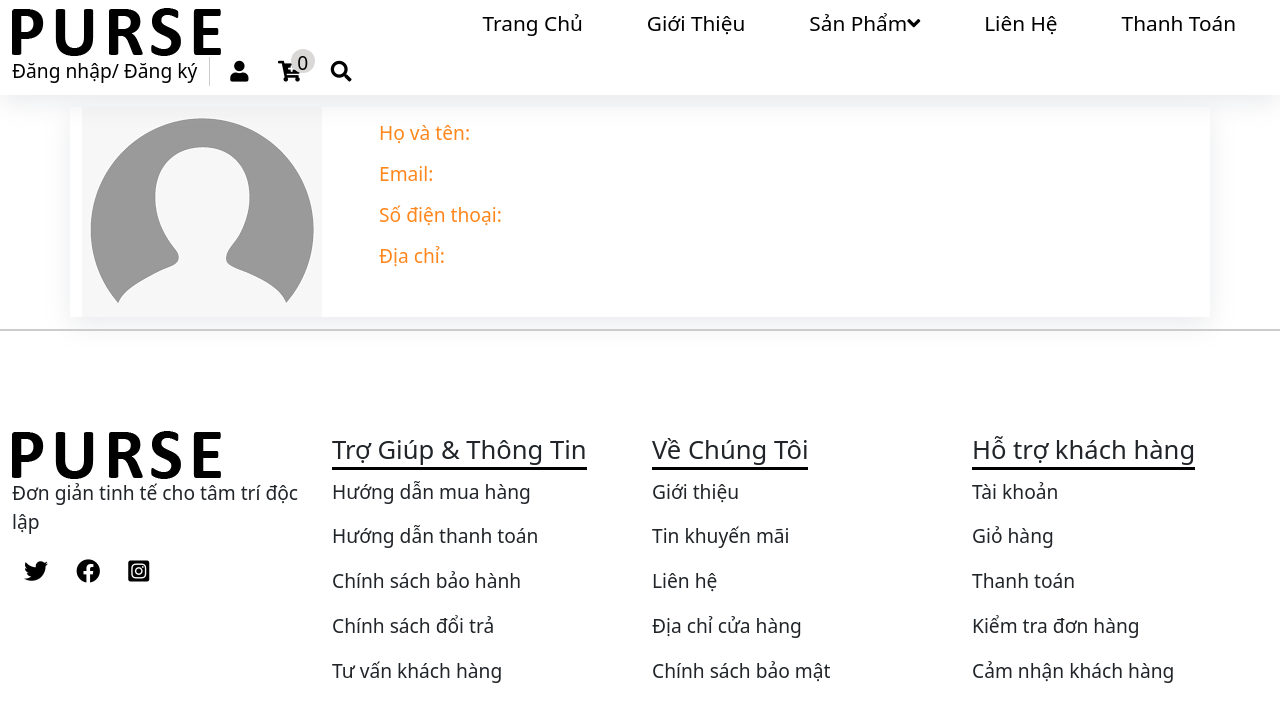
Repository: minh352623/project_firebase
Page: user.html
An editor plug-in stored every save of this project. The page is shown before and after the next save, followed by the edit.
The browser window is 1280 px wide. The pictures show the whole page.
Some web libraries are served in a nearby version.

Above is the page before, as saved 2022-05-12 19:34:18.

### user.html
<!DOCTYPE html>
<html lang="en">
  <head>
    <meta charset="UTF-8" />
    <meta http-equiv="X-UA-Compatible" content="IE=edge" />
    <meta name="viewport" content="width=device-width, initial-scale=1.0" />
    <link rel="icon" href="./assets/img/logo.webp">
    <link
      rel="stylesheet"
      href="https://cdnjs.cloudflare.com/ajax/libs/font-awesome/5.15.4/css/all.min.css"
      integrity="sha512-1ycn6IcaQQ40/MKBW2W4Rhis/DbILU74C1vSrLJxCq57o941Ym01SwNsOMqvEBFlcgUa6xLiPY/NS5R+E6ztJQ=="
      crossorigin="anonymous"
      referrerpolicy="no-referrer"
    />
    <link rel="preconnect" href="https://fonts.googleapis.com" />
    <link rel="preconnect" href="https://fonts.gstatic.com" crossorigin />
    <link
      href="https://fonts.googleapis.com/css2?family=Poppins&display=swap"
      rel="stylesheet"
    />
    <link rel="stylesheet" href="./assets/css/base.css" />

    <link
      rel="stylesheet"
      type="text/css"
      href="https://cdn.jsdelivr.net/npm/slick-carousel@1.8.1/slick/slick.css"
    />
    <link rel="stylesheet" href="./assets/css/main.css" />
    <!-- <link rel="stylesheet" href="./assets/css/contact.css" /> -->
    <!-- <link rel="stylesheet" href="./assets/css/introduce.css" /> -->
    <!-- CSS only -->
    <link
      href="https://cdn.jsdelivr.net/npm/bootstrap@5.1.3/dist/css/bootstrap.min.css"
      rel="stylesheet"
      integrity="sha384-1BmE4kWBq78iYhFldvKuhfTAU6auU8tT94WrHftjDbrCEXSU1oBoqyl2QvZ6jIW3"
      crossorigin="anonymous"
    />

    <link rel="stylesheet" href="./assets/css/login.css" />
    <link rel="stylesheet" href="./assets/css/user.css" />
    <link rel="stylesheet" href="./assets/css/reponsive.css">

    <title>Thông tin cá nhân</title>
  </head>
  <body>
    <div class="app">
      <div class="header">
        <div class="navbar">
          <div class="icon-mobile-menu">
            <i class="fas fa-align-left"></i>
          </div>
          <div class="navbar-logo">
            <a href="#">
              <img src="./assets/img/logo.webp" alt="" />
            </a>
          </div>
          <div class="navbar-link ">
            <ul class="navbar-link-list">
              <li class="navbar-link-item mobile-heollo"></li>

              <li><a href="trangchu.html" class="navbar-link-item">Trang Chủ</a></li>
              <li><a href="introduce.html" class="navbar-link-item">Giới Thiệu</a></li>
              <li class="link-hover">
                <a href="./product.html" class="navbar-link-item">Sản Phẩm<i class="fas fa-angle-down"></i></a>
                <ul class="product-selsect">
                  <li><a href="">Yêu Thích</a></li>
                  <li><a href="">Giảm Giá</a></li>
                </ul>
              </li>
              <li><a href="contact.html" class="navbar-link-item">Liên Hệ</a></li>
              <li><a href="" class="navbar-link-item">Thanh Toán</a></li>
              <li><a href="./register.html" class="navbar-link-item delete-log mobile-register">Đăng ký</a></li>
              <li><a href="./index.html" class="navbar-link-item delete-log mobile-login">Đăng nhập</a></li>
              <li><a href="./index.html" class="navbar-link-item mobile-exit">Thoát</a></li>
            </ul>
          </div>

          <div class="navbar-icon">
            <div class="navbar-log">
              <div class="log-in">
                <span>
                  <a class="log-in-icon" href="./index.html">
                    Đăng nhập
                  </a>
                </span>
              </div>
              <div class="register">
                <span class="register-char">/</span>
                <span><a class="register-icon" href="./register.html">Đăng ký</a></span>
              </div>
            </div>
            <div class="hello ">
              <span>Chào</span>
              <span class="name-user "></span>
              <span>|</span>
              <a href="./index.html" class="exit">Thoát</a>
            </div>
            <div class="navbar-icon-list">
              <a href="./user.html " class="navbar-icon-item user-icon">
                <i class="fas fa-user"></i>
              </a>
              <span class="navbar-icon-item cart">
                <i class="fas fa-cart-plus"></i>
                <span class="quantity-item">0</span>

              </span>
              <span class="navbar-icon-item search">
                <i class="fas fa-search"></i>
              </span>
            </div>
          </div>
        </div>
      </div>

      <div class="main container">
        <div class="row">
          <div class="col-xl-3 col-sm-12 main-left">
            <img src="./assets/img/user.png" alt="" />
          </div>
          <div class="col-xl-9 col-sm-12 main-right">
            <div>
              <span >Họ và tên:</span>
              <span class="name"> </span>
            </div>
            <div>
              <span >Email:</span>
              <span class="name-email"></span>
            </div>
            <div>
              <span >Số điện thoại:</span>
              <span class="name-phone"></span>
            </div>
            <div>
              <span >Địa chỉ:</span>
              <span class="name-address"></span>
            </div>
          </div>
        </div>
      </div>
      <div class="footer">
        <div class="footer-content">
          <div class="footer-content-item">
            <div class="footer-content-img">
              <img src="./assets/img/logo.webp" alt="">
            </div>
            <p>Đơn giản tinh tế cho tâm trí độc lập</p>
            <div class="footer-content-icon">
              <a href="#"><i class="fab fa-twitter"></i></a>
              <a href="#"><i class="fab fa-facebook"></i></a>

              <a href="#"><i class="fab fa-instagram-square"></i></a>

            </div>
          </div>
          <div class="footer-content-item">
            <div class="footer-content-item-title">
              <span>Trợ Giúp & Thông Tin</span>
              <ul class="footer-content-item-list">
                <li>Hướng dẫn mua hàng</li>
                <li>Hướng dẫn thanh toán</li>
                <li>Chính sách bảo hành</li>
                <li>Chính sách đổi trả</li>
                <li>Tư vấn khách hàng</li>
              </ul>
            </div>
          </div>
          <div class="footer-content-item">
            <div class="footer-content-item-title">
              <span>Về Chúng Tôi</span>
              <ul class="footer-content-item-list">
                <li>Giới thiệu</li>
                <li>Tin khuyến mãi</li>
                <li>Liên hệ</li>
                <li>Địa chỉ cửa hàng</li>
                <li>Chính sách bảo mật </li>
              </ul>
            </div>
          </div>
          <div class="footer-content-item">
            <div class="footer-content-item-title">
              <span>Hỗ trợ khách hàng</span>
              <ul class="footer-content-item-list">
                <li>Tài khoản</li>
                <li>Giỏ hàng</li>
                <li>Thanh toán</li>
                <li>Kiểm tra đơn hàng</li>
                <li>Cảm nhận khách hàng</li>
              </ul>
            </div>
          </div>

        </div>



      </div>
    </div>
    <div class="model-cart ">
      <div class="cart-container">
        <div class="cart-top">
          <div class="clear cart-top-close">
            <i class="fas fa-times"></i>
          </div>
          <div class="cart-top-title">
            <span>Giỏ Hàng</span>
          </div>
          <div class="cart-top-quantity">
            <span>1</span>
          </div>

        </div>

        <div class="array-empty"></div>
        <div class="cart-center">
        </div>

        <div class="cart-bottom">
          <div class="cart-bottom-price">
            <span>Tổng tiền:</span>
            <span class="total-price">0</span>
          </div>

          <div class="cart-bottom-btn">
            <a href="#"> <button>Xem giỏ hàng</button></a>
            <a href="#"> <button>Thanh toán</button></a>

          </div>
        </div>
      </div>

    </div>

    <script
      type="text/javascript"
      src="https://code.jquery.com/jquery-1.11.0.min.js"
    ></script>
    <script
      type="text/javascript"
      src="https://code.jquery.com/jquery-migrate-1.2.1.min.js"
    ></script>
    <script
      type="text/javascript"
      src="https://cdn.jsdelivr.net/npm/slick-carousel@1.8.1/slick/slick.min.js"
    ></script>
    <!-- JavaScript Bundle with Popper -->
    <script
      src="https://cdn.jsdelivr.net/npm/bootstrap@5.1.3/dist/js/bootstrap.bundle.min.js"
      integrity="sha384-ka7Sk0Gln4gmtz2MlQnikT1wXgYsOg+OMhuP+IlRH9sENBO0LRn5q+8nbTov4+1p"
      crossorigin="anonymous"
    ></script>
    <script src="./js/slick.js"></script>
    <script src="./js/main.js" type="module"></script>
    <script src="./js/user.js"></script>
  </body>
</html>

### assets/css/base.css
:root{
    --background-main:#e4e4e4;
    --hover-color:#ff871d ;
    --white-color:#fff;
    --text-color: #000;

}

*{
    box-sizing:  border-box;
}

html{
    /* 16px */
    font-size: 100%;
    line-height: 1.6rem;
    font-family: 'Poppins', sans-serif;
    scroll-behavior: smooth;
}

### assets/css/main.css

.app {
    overflow: hidden;
}
/* HEADER */
.header{
    left: 0;
    right: 0;
    top: 0;
    z-index: 999;
}

.navbar{
    display: flex;
    justify-content: space-between;
    align-items: center;
    background-color: var(--white-color);
    padding: 24px 12px;
    box-shadow: rgba(149, 157, 165, 0.2) 0px 8px 24px;
}
.navbar-logo a{
 text-decoration: none;
}
.navbar-link-list{
    display: flex;
    align-items: center;
    padding-left: 0;
    list-style: none;
}
.navbar-link-item{
    text-decoration: none;
    padding: 8px 32px;
    font-size: 1.3rem;
    color: var(--text-color);
}
.navbar-icon{
    display: flex;
    align-items: center;
    font-size: 1.3rem;
    color: var(--text-color);

}

.navbar-log{
    display: flex;
    align-items: center;
    font-size: 1.2rem;
    border-right: 1px solid #ccc;
    padding-right: 12px;
    color: var(--text-color);


}
.log-out-char{
    margin: 0 4px;
}

.log-in-icon,
.register-icon{
    text-decoration: none;
    color: var(--text-color);

}
.navbar-icon-list{
    margin-left: 12px;
}
.navbar-icon-item{
    padding: 0 8px;
}

.navbar-link-item:hover,
.register-icon:hover,
.log-in-icon:hover,
.navbar-icon-item:hover{
    color: var(--hover-color);
}

.link-hover{
    position: relative;
}
.link-hover:hover .product-selsect{
    display: block;
    z-index: 1;
}
.product-selsect{
    position: absolute;
    background-color: var(--white-color);
    box-shadow: rgba(149, 157, 165, 0.2) 0px 8px 24px;
    padding: 12px;
    width: 200px;
    list-style: none;
    cursor: pointer;
    display: none;
}
.product-selsect a{
    text-decoration: none;
    font-size: 1.2rem;
    padding: 12px 4px;
    color: var(--text-color);
}
.product-selsect a:hover{
    color: var(--hover-color);
}
.product-selsect li{
    margin: 20px 0;
}

.cart{
    position: relative;
    margin: 0 8px;
}
.quantity-item{
    width: 24px;
    height: 24px;
    position: absolute;
    top: -8px;
    right: 0;
    text-align: center;
    font-size: 1.2rem;
    background-color:rgb(218, 215, 215);
    border-radius: 50%;
}
/* main */
.main{
    margin: 20px 0 50px;

}
.main-banner{
    display: grid;
    grid-template-columns: 3fr 1fr;
    grid-gap: 0 24px;
}
.slick-arrow{
    position: absolute;
    top: 50%;
    z-index: 1;
    width: 60px;
    height: 60px;
    border-radius: 50%;
    border: none;
    cursor: pointer;
    background-color: var(--white-color);
}

.slick-arrow i{
    font-size: 40px;

}
.main-banner .main-banner-left{
    overflow: hidden;
    width: 100% !important;
}
.slick-arrow:hover{
    background-color: var(--hover-color);
    color: var(--white-color);
}
.slick-track,
.slick-list{
    width: 100%;
    height: 100%;

}
.main-banner-right-img{
    overflow: hidden;
    border-radius: 24px;
    position: relative;



}
.main-banner-right-img img,
.main-banner-left-img img{
    width: 100%;
    height: 100%;
    object-fit: cover;
    border-radius: 24px;
    transition: all ease 0.25s;

}
.slick-next{
 right: 0;
}
.slick-prev{
    left: 0;
   }
.main-banner-right{

    display: grid;
    grid-gap: 24px 0;
    grid-template-columns: 1fr;
}
.main-banner-right-img img:hover{
    transform: scale(1.1);
    border-radius: 24px;

}
.hover2:hover::after,
.hover2:hover::before{
    width:50%;
}

.hover2::before,
.hover2::after{
    content: "";
    position: absolute;
    display: block;
    top: 0;
    width: 0;
    bottom: 0;
    background-color: #333;
    opacity: 0.2;
    z-index: 1;
    transition: all ease 0.8s;
    -webkit-transition: all 0.4s ease;
}
.hover2::before{
    left: 0;
}
.hover2::after{
    right: 0;
}
.main-conent{
    display: grid;
    grid-template-columns: 1fr 1fr;
    margin: 48px 0;

}
.main-content-img img{
    border-radius: 24px;
    width: 100%;

}
.main-content-text{
    display: flex;
    flex-direction: column;
    justify-content: center;
    align-items: center;
    padding: 0 100px ;
    line-height: 1.2;
}
.main-content-text h1{
    font-size: 3rem;
}
.main-content-text p{
    font-size: 1.2rem;
    text-align: justify;
    line-height: 1.2;
}
.main-content-text button{
    width: 200px;
    height: 60px;
    font-size: 1.3rem;
    background-color: var(--white-color);
    color: var(--text-color);
    cursor: pointer;
    border: 3px solid #000;
}
.main-content-text button:hover{
    background-color: var(--text-color);
    color: var(--white-color);
}

.product-container{
    display: flex;
    flex-direction: column;
}

.product-container-title{
    text-align: center;
    border-bottom: 2px solid #ff871d ;
    display: inline-block;
    margin: 50px auto;
    font-size: 2rem;
    padding: 12px 0;
    font-weight: 400;
}
.main-product{
    display: grid;
    grid-template-columns: repeat(4,1fr);
    grid-gap: 32px 24px;
    height: 188vh;
    overflow: hidden;
    transition: all 0.25s ease;
}

.main-product.height-auto{
    height: auto;
    transition: all 0.25s ease;


}
.main-product-item{
    width: 100%;

    text-align: center;
}
.main-product-item-img{
    position: relative;

}

.main-product-item-img img{
    width: 100%;
    height: 550px;
    object-fit: cover;
    border-radius: 8px;
}
.main-product-item-price{
    color: var(--hover-color);
}
.main-product-item-name,
.main-product-item-price{
    font-size: 1.2rem;
    padding: 8px 0;
}
.product-container-btn {
    text-align: center;
    margin: 24px 0;

}


.product-container-btn button{
    padding: 25px 75px;
    background-color: var(--text-color);
    color: var(--white-color);
    font-size: 1.3rem;
    border: none;
    cursor: pointer;

}
.product-container-btn button:hover{
    background-color: var(--hover-color);
}
.main-product-item-img-icon{
    position: absolute;
    left: 50%;
    bottom: 20px;
    transform: translateX(-50%);
    font-size:1.5rem;
    display: flex;
    justify-content: space-around;
    width: 70%;
    opacity: 0;
    visibility: hidden;
    transition: all 0.25s ease-in;
    cursor: pointer;
}
.main-product-item-img:hover .main-product-item-img-icon{
    bottom: 60px;
    opacity: 1;
    visibility: visible;
}


.icon{
    border-radius: 50%;
    background-color: var(--white-color);
    padding: 16px;
}
.icon:hover{
    background-color: var(--hover-color);
    color: var(--white-color);

}
.main-time{
    text-align: center;
    background-image: url("../img/bg.webp");
    background-attachment: fixed;
    background-repeat: no-repeat;
    background-size: cover;
    height: 80vh;
    display: flex;
    flex-direction: column;
    justify-content: center;
}
.main-time h3{
    font-size:1.5rem;
}
.main-time h1{
    font-size:4rem;

}

.main-time-content{
    margin: 100px 0;

}

.main-time-content-count{
    padding: 70px;
    background-color: var(--white-color);
    margin: 0 25px;
    font-size: 3rem;
}

.main-blog{
    text-align: center;
}



.main-blog-list{
    display: grid;
    grid-template-columns: repeat(3 ,1fr);
    grid-gap: 0 24px;
}
.main-blog-item-img img{
    width: 100%;
    height: 100%;
    object-fit: cover;
}
.main-blog-content-new{

    color: #83868c;
    font-size: 1.3rem;
    padding: 12px 0;
}
.main-blog-content-show span:hover,
.main-blog-content-new span:hover{
    color: #ff871d;
    cursor: pointer;
}
.main-blog-content-show{
    font-size: 1.8rem;
    padding: 12px 0 24px;



}

.main-blog-content-show span{

    border-bottom: 2px solid #ff871d;
    border-width:fit-content;
    padding-bottom: 8px;
}
.main-blog-content-story{
    font-size: 1.2rem;
    color: #83868c;
line-height: 1.7;
}

.footer{
    padding-top: 100px;
    border-top: 2px solid #ccc;
}

.footer-content{
    display: grid;
    grid-template-columns: repeat(4, 1fr);
}

.footer-content-item p{
    font-size: 1.2rem;
}
.footer-content-icon a{
    padding: 0 12px;
    font-size: 1.5rem;
    text-transform: none;
    color: #000;
}

.footer-content-item-list{
    padding-left: 0;
}
.footer-content-item-list li{
    list-style: none;
    font-size: 1.2rem;
    padding: 8px 0;
    transition: all 0.25s linear;
    cursor: pointer;
}

.footer-content-item-list li:hover{
    border-bottom: 2px solid #ff871d;
    display: inline-block;
}
.footer-content-item-title{
    font-size: 1.6rem;
}
.footer-content-item-title span{
    border-bottom: 3px solid #000;

}
.footer-content-item{
    padding: 0 12px;
}
/* MODEL CART */
.model-cart {
    position: fixed;
    width: 100%;
    top: 0;
    left: 0;
    right: 0;
    bottom: 0;
    z-index: 999;
    background-color: rgba(0, 0, 0, 0.4);
    visibility: hidden;
}

.model-cart.active{
    visibility: visible;
}
.model-cart.active .cart-container{
    transform: translateX(0);

}
.cart-container{
    width: 380px;
    position: absolute;
    right: 0;
    background-color: #fff;
    padding: 0 12px;
    top: 0;
    bottom: 0;
    transform: translateX(100%);
    transition: all 0.5s ease;



}
.cart-center-item-img img{
    width: 100%;
    height: 100%;
    object-fit: cover;
}
.cart-top{
    display: flex;
    justify-content: space-between;
    margin: 0 -12px;


}
.cart-top>div{
 border: 1px solid rgb(229, 225, 225);
}
.cart-top-quantity span,
.cart-top-close {
    padding: 12px;
   display: flex;
   justify-content: center;
   align-items: center;
}
.cart-top-close:hover{
    color: var(--white-color);
    background-color:#ff871d;
}
.cart-top-title{
    flex: 1;
    display: flex;
    justify-content: center;
    align-items: center;


}
.cart-center{
    max-height: 80vh;
    min-height: 75vh;
    overflow-y: auto;
}
.cart-center-item{
    margin: 12px 0;
    display: grid;
   grid-template-columns: 1fr 2fr;
    grid-gap: 8px 0;
    border-bottom: 1px solid rgb(229, 225, 225);
}
.cart-center-item-img img{
    width: 100px;
    height: 100px;
    object-fit: cover;
}

.cart-center-info-name{
    display: flex;
    justify-content: space-between;
}

.cart-bottom-price{
    display: flex;
    justify-content: space-between;
    padding: 12px 4px;
    margin: 0 -12px;
    background-color: #ccc;
    color: #000;
}
.cart-bottom-btn{
    display: grid;
    grid-template-columns: 1fr 1fr;
    margin: 0 -12px;

}
.cart-bottom-btn a button{

    width: 100%;
    padding: 24px 12px;
    background-color: #000;
    color: white;
    font-size: 18px;
    cursor: pointer;
}

.cart-center-info-name-clear i{
    font-size: 20px;
}

.cart-center-info-name-clear i:hover{
    cursor: pointer;
    /* background-color: red; */
    color: red;
   transform: scale(1.2);
}
.user-icon{
    text-decoration: none;
    color: #000;
}
.icon-mobile-menu {
    display: none;
}
.icon-mobile-menu i{
    font-size: 2rem;

}
.none{
    display: none !important;
}
.exit{
    text-decoration: none;
    color: #000;

}
.exit:hover{
    color: #ff871d;
}
.mobile-heollo,
.delete-log,
.mobile-exit{
    display: none;
}

### assets/css/login.css

.main{
    display: flex;
     width: 1300px;
    margin: 100px auto;
  box-shadow: rgba(149, 157, 165, 0.2) 0px 8px 24px;
 }
 .main-login{
    margin: auto;
 }
 .main-login form{
     display: grid;
     grid-template-columns: repeat(2, 1fr);
     grid-gap: 0 50px;
 }
 .main-login h1{
     margin: 48px 0;
     text-align: center;
     font-size: 3rem;
     letter-spacing: 8px;
 }
 .main-login-item{
     font-size: 1.5rem;
     margin: 12px 0;

 }
 .main-login-item input{
     font-size: 1.5rem;
     padding: 12px;
     width: 500px;
     margin: 12px 0;
 }
 .main-login-item-content span:last-child{
     color: red;
 }

 .main-login-btn{



     width: 250px;
     height: 70px;
     font-size: 1.3rem;
     letter-spacing: 4px;
     color: var(--white-color);
     background-color: var(--text-color);
 }
 .main-login-btn:hover{
     background-color: var(--white-color);
     color: var(--hover-color);
     border-color: var(--hover-color);
 }
 .main-login-return{
     text-decoration: none;
     color: var(--text-color);
     text-align: right;
     font-size: 1.5rem;
     display: inline-block;
 }
 .main-login-return:hover{
     color: var(--hover-color);
 }
 .error{
    color: red;
}
.mess{
    width: 1050px;
    background-color: red;
    color: #fff;
    text-align: center;
}
.footer-form{
    width: 100%;
    display: flex;
    justify-content: space-between;
    align-items: center;
}

### assets/css/user.css
.main{

    margin: 12px auto;
    display: block;
}
.main-right{
    /* width: 500px; */
}
.main-right>div {
    /* display: flex; */
    margin: 12px;
    font-size: 1.2rem;
}
.main-right>div span:first-child{
    color: var(--hover-color);

}

Loaded but not shown: js/main.js (210 lines, source omitted); js/data.js (167 lines, source omitted); js/user.js (50 lines, source omitted); js/slick.js (33 lines, source omitted); assets/css/reponsive.css (184 lines, source omitted)

After the next save:
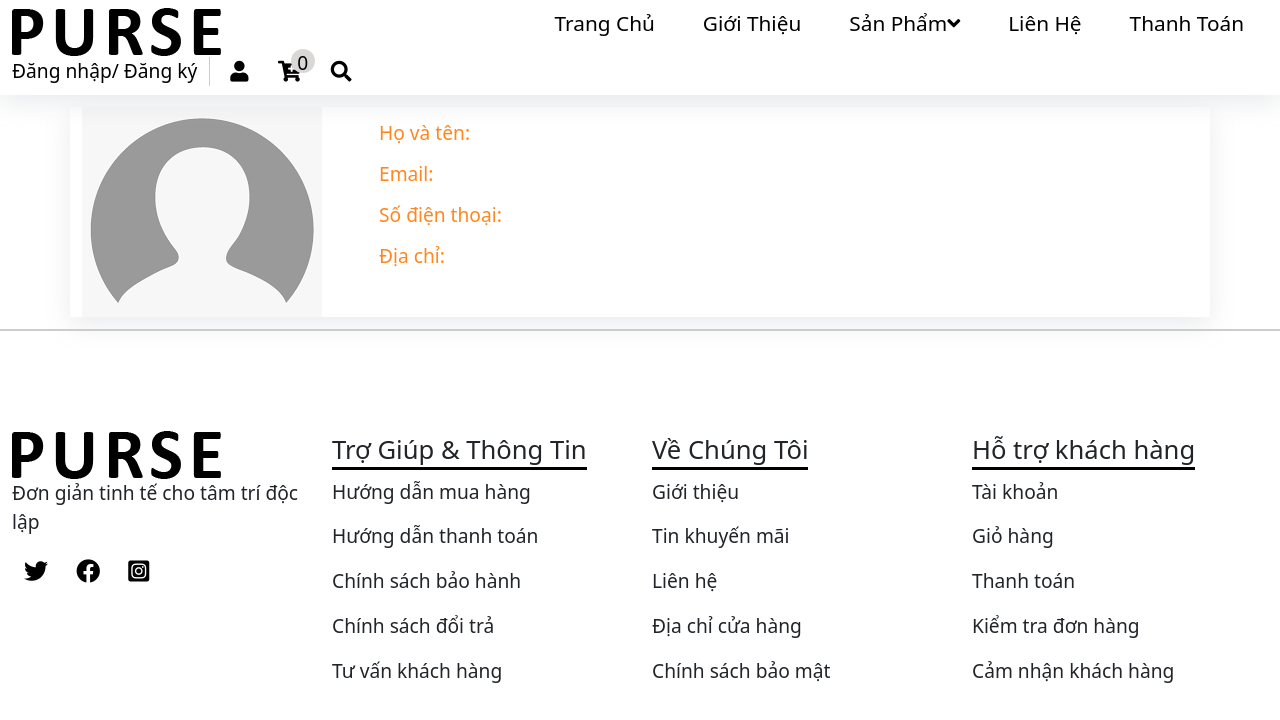
Saved 41 s later.
--- a/assets/css/main.css
+++ b/assets/css/main.css
@@ -29,7 +29,7 @@
 }
 .navbar-link-item{
     text-decoration: none;
-    padding: 8px 32px;
+    padding: 8px 24px;
     font-size: 1.3rem;
     color: var(--text-color);
 }
